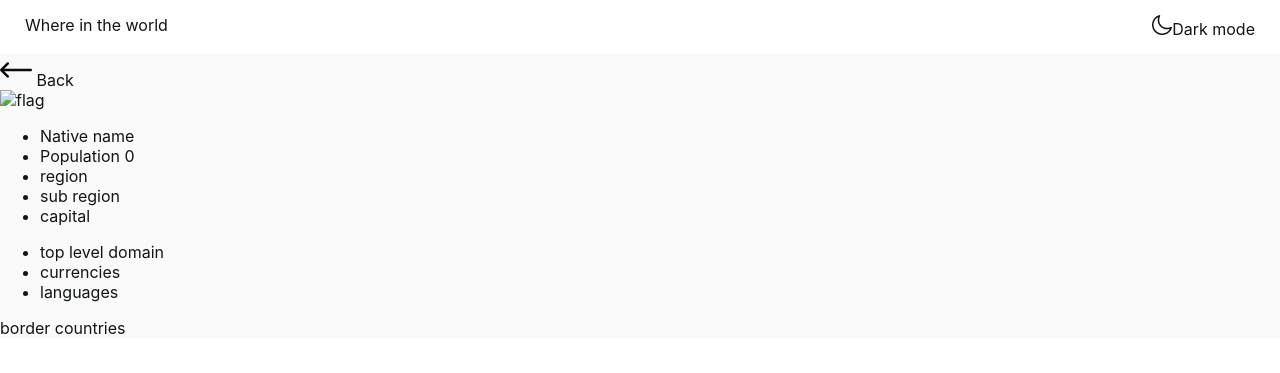
Repository: faithandjs/rest-countries-api
Page: /americas
The author's editor kept a copy of each file at every save. The page is drawn from the files as they stood at one save, then again after the next save.
The browser window is 1280 px wide. The pictures show the whole page.
The page's requests for data from a server got no answer. The project was rebuilt for these pictures with package versions that can differ from the ones it lists, and the page was loaded fresh each time. No one was signed in, and anything a server would have sent is missing. Also part of the build but not shown: src/components/home.tsx.

Above is the page before, as saved 2022-04-14 23:04:59.

### src/App.tsx
import React from 'react';
import Home from './components/home';
import Details from './components/details';
import Nav from './components/nav';
import { Routes, Route } from "react-router-dom"
import Parent from './components/parent'

let path = 'americas'

function App() {
  return (
    <div className='app light'>
      <Parent>
        <Nav/>
        <Routes >
          <Route path='/' element={<Home/>}/>
          <Route path={path} element={<Details/>}/>
        </Routes>
      </Parent>
    </div>
  );
}

export default App;

### src/components/details.tsx
import React, {useContext} from 'react';
import { useEffect } from 'react';
import { useState } from 'react';
import { Link } from "react-router-dom";
import {Wrapper} from './parent';
import {contextType, detailsType} from './type'

//create state that is part of the redux ish that can be updated on click to
//1. change light and dark icons
//2. set a state with current country details
//3. set paths and alt texts
function Details() {
    const { details, currentIcons } = useContext(Wrapper) as contextType
    const [lang, setLang] = useState<any[]>([])

    useEffect(
        ()=>{
            let arr:any[] = []
           Object.entries(details.languages).forEach(([key, value], index) => {
            //console.log(`${index}: ${key} = ${value}`, details.languages);
                arr.push(value)
        })
            setLang(arr)
        }, [details]
    )
    return (
        <div className='details'>
            <div className='back'><img src={currentIcons.arrow} alt='left arrow, back icon'/> Back</div>
            <div className='content'>
                <div className='flag'><img src={details.flag} alt='flag'/></div>
                <div className='moreContent'>
                    <div className='name'>{details.name} </div>
                    <div className='lists'>
                        <ul>
                            <li><span>Native name</span> {details.nativeName}</li>
                            <li><span>Population</span> {details.population}</li>
                            <li><span>region</span> {details.region}</li>
                            <li><span>sub region</span> {details.subRegion}</li>
                            <li><span>capital</span> {details.capital}</li>
                        </ul>
                        <ul>
                            <li><span>top level domain</span> {details.tld}</li>
                            <li><span>currencies</span> {details.currencies.map(item => {
                            console.log(item)
                            return `, ${item}`

                            })}</li>
                            <li><span>languages</span>
                                {lang.map(item => {
                            return `, ${item}`
                                })}
                            </li>

                        </ul>
                    </div>
                    <div><span>border countries</span>{details.borders}</div>
                </div>
            </div>
        </div>
    );
}

export default Details;

### src/components/nav.tsx
import React, {useContext} from 'react';
import {Wrapper} from './parent';
import {contextType, currentIconsType} from './type'

function Nav() {
    const { currentIcons, changeClasses } = useContext(Wrapper) as contextType
console.log(currentIcons)
    return (
        <div className='navbar'>
            <div>Where in the world</div>
            <div onClick={() => changeClasses()} className='mode-box'>
                <img src={currentIcons.src} alt='mode icon' />
                <span>Dark mode</span>
            </div>
        </div>
    );
}

export default Nav;

### src/components/parent.tsx
import React, { createContext, useRef, useState, useEffect, useMemo, Props, ClassAttributes } from 'react';
import arrowBlack from './images/right-arrow.png'
import arrowWhite from './images/right-arrow (1).png'
import mode from './images/sleep-mode (1).png'
import modeFill from './images/sleep-mode (2).png'
import {arrItem, contextType, detailsType, items, currentIconsType} from './type'

export const Wrapper = createContext<contextType | null>(null)
const { Provider } = Wrapper
const Parent: React.FC<React.ReactNode> =({children}) => {
    const axios = require('axios').default;
    const [data, setData] = useState<arrItem[]>([])
    const modeIcons = {
        dark: {
            mode: modeFill,
            arrow: arrowWhite,
            text: 'Dark Mode'
        },
        light: {
            mode: mode,
            arrow: arrowBlack,
            text: 'Light Mode'
        }
    }
    const [details, setDetails] = useState<detailsType>({
        flag: '',
        name: '',
        nativeName: '',
        population: 0,
        region: '',
        subRegion: '',
        capital: [],
        tld: [],
        currencies: [],
        languages: {},
        borders: []
    })
    const getLS = localStorage.getItem('countries-data')
    const passed = useRef<boolean>(false)
    const native = useRef<string>('')
    const currency = useRef<string[]>([])
    const [currentIcons, setCurrentIcons] = useState<currentIconsType>({
        src: modeIcons.light.mode,
        arrow: modeIcons.light.arrow,
        text:  modeIcons.light.text
    })
    const changeClasses = () => {
        const box = document.querySelector('.app')?.classList
        if(document.querySelector('.light')){
             box?.add('dark')
             box?.remove('light')
             setCurrentIcons({
                src: modeIcons.dark.mode,
                arrow: modeIcons.dark.arrow,
                text:  modeIcons.dark.text
             })
        }else if(document.querySelector('.dark' )){
            setCurrentIcons({
                src: modeIcons.light.mode,
                arrow: modeIcons.light.arrow,
                text:  modeIcons.light.text
             })
            box?.add('light')
            box?.remove('dark')
        }
     }
    const settingDetails = (obj:items) => {
        data.map((item, index) => {
            if (item.name.common === obj.name){
            const active = data[index]
            const nativeNames = active.name.nativeName;
            Object.entries(nativeNames).forEach(([key, value], index) => {
                if (index === (Object.keys(nativeNames).length - 1)){
                    console.log(`${index}: ${key} = ${value.common}`);
                    native.current = value.common
                }
              });
              Object.entries(active.currencies).forEach(([key, value], index) => {
                currency.current.push(value.name)
              });
            console.log(index, active,active.borders)
            setDetails({
                flag: active.flags.svg,
                name: active.name.common,
                nativeName: native.current,
                population: active.population,
                region: active.region,
                subRegion: active.subregion,
                capital: active.capital,
                tld: active.tld,
                currencies: currency.current,
                languages: active.languages,
                borders: active.borders
            })
            }
        })

    }
    //console.log(details)
    useEffect(
        () => {
            if(!passed.current){
                if( getLS === 'undefined' || getLS === null || getLS === '[]'){
                axios.get('https://restcountries.com/v3.1/all')
                .then(function (response:any) {
                    setData(response.data)
                })
                .catch(function (error:any) {
                    console.log(error);
                  })
                }else{
                    setData(JSON.parse(getLS))
                }
                passed.current = true;
            }
        }
            ,[])
    const value:contextType = useMemo(
        () => ({data, details, currentIcons, changeClasses, settingDetails})
        , [data, details, currentIcons, changeClasses, settingDetails]
    )
    return (
        <Provider value={value}>
           {children}
        </Provider>
    );
}
export default Parent;

### src/components/style/style.scss
$DarkBlue: hsl(209, 23%, 22%); // (Dark Mode Elements)
$VeryDarkBlue: hsl(207, 26%, 17%); //(Dark Mode Background)
$VeryDark: hsl(200, 15%, 8%); //(Light Mode Text)
$DarkGray: hsl(0, 0%, 52%); //(Light Mode Input)
$VeryLightGray: hsl(0, 0%, 98%); // (Light Mode Background)
$White: hsl(0, 0%, 100%); //(Dark Mode Text & Light Mode Elements)
$shadow: 0px 0px 1px 0.2px ;
@mixin theme ($bg, $element, $text, $shadowColor) {
    background-color: $bg;
    color: $text;
    .navbar{
        background-color: $element;
        //bottttom box shadow
    }
    a:-webkit-any-link{
        color: $text;
    }
    .home{
        form{
            div{
                box-shadow: $shadow $shadowColor;
                input{
                    background-color: $element;
                }
                background-color: $element;
            }
            select{
                box-shadow: $shadow $shadowColor;
                background-color: $element;
                color: $text;
            }
        }
        .all-flags{
            .a-flag{
                background-color: $element;
                box-shadow: $shadow $shadowColor;
            }
        }
    }
}
.dark{
    @include theme($VeryDarkBlue, $DarkBlue , $White, $VeryDark)
}
.light{
    @include theme($VeryLightGray, $White , $VeryDark, $DarkGray )
}
.navbar{
    display: flex;
    justify-content: space-between;
    padding: 15px 25px;
    img{
        width: 20px;
        //margin: ;
    }
    //color at the bottom?
    //also this part is diffrent from background
}
.navbar::after {
    content: '';
    position: absolute;
    width: 100%;
    height: 10px;
    top: 0;
    left: 0;
    z-index: -1;
    box-shadow: 0px 0px 10px 1px rgba(0, 0, 0, 0.75);
}
.details {
    .back{
        img{
            transform: rotate(180deg);
        }
    }
}
a:-webkit-any-link {
    text-decoration: none;
}
.home{
    form{
        display: flex;
        justify-content: space-between;
        padding: 25px;
        input, select{
            outline: 0;
        }
        div{
            width: 300px;
            padding: 15px 7px;
            display: flex;
            border-radius: 4px;
            img{
                width: 17px;
                padding: 0 10px;
            }
            input{
                border: 0;
            }
        }
        select{
            border-radius: 4px;
            width: 130px;
            border: 0;
            padding: 15px 7px;
        }
    }
    .all-flags{
        display: flex;
        flex-wrap: wrap;
        justify-content: space-around;
        margin: 0 15px;
        .a-flag{
            margin: 0 15px 35px;
            //padding: 10px;
            width: 280px;
            height: 330px;
            border-radius: 7px;
            //background-color: $White; //set!!!!!!
            .flag-box{
                height: 170px;
                width: 100%;
                img{
                    width: -webkit-fill-available;
                    height: 100%;
                    object-fit: fill;
                    border-top-left-radius: 7px;
                    border-top-right-radius: 7px;
                }
            }
            .text{
                padding: 0 6px;
                span{
                    text-transform: capitalize;
                    font-weight: bold;
                }
            }
        }
    }//0px 0px 4px 0.3px hsl(200deg 15% 8%) box shadow
}

Loaded but not shown: src/index.tsx (common file); src/index.css (common file); src/reportWebVitals.ts (common file)

After the next save:
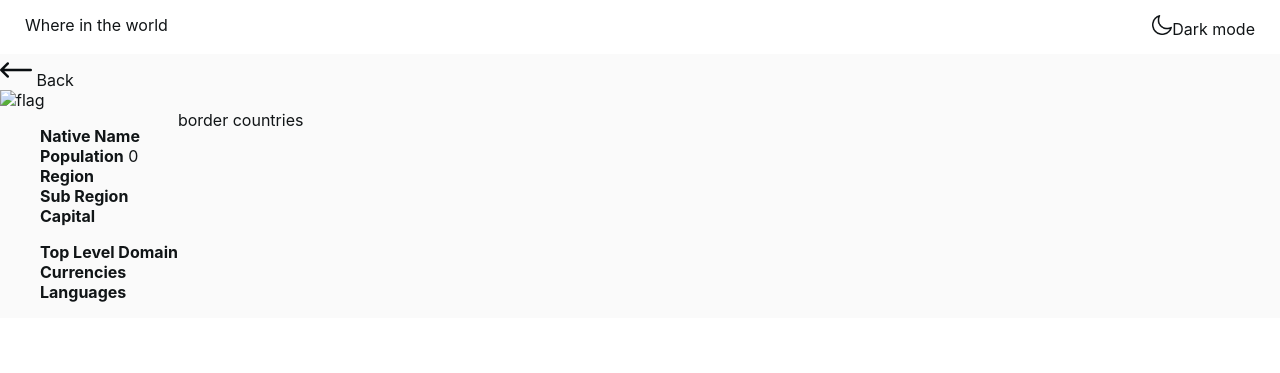
Saved 2 min 2 s later.
--- a/src/components/style/style.scss
+++ b/src/components/style/style.scss
@@ -71,6 +71,24 @@ $shadow: 0px 0px 1px 0.2px ;
             transform: rotate(180deg);
         }
     }
+    .content{
+        .flag{
+
+        }
+        .moreContent{
+            display: flex;
+            .name{
+
+            }
+            ul{
+                list-style-type: none;
+                span{
+                    font-weight: bold;
+                    text-transform: capitalize;
+                }
+            }
+        }
+    }
 }
 a:-webkit-any-link {
     text-decoration: none;
